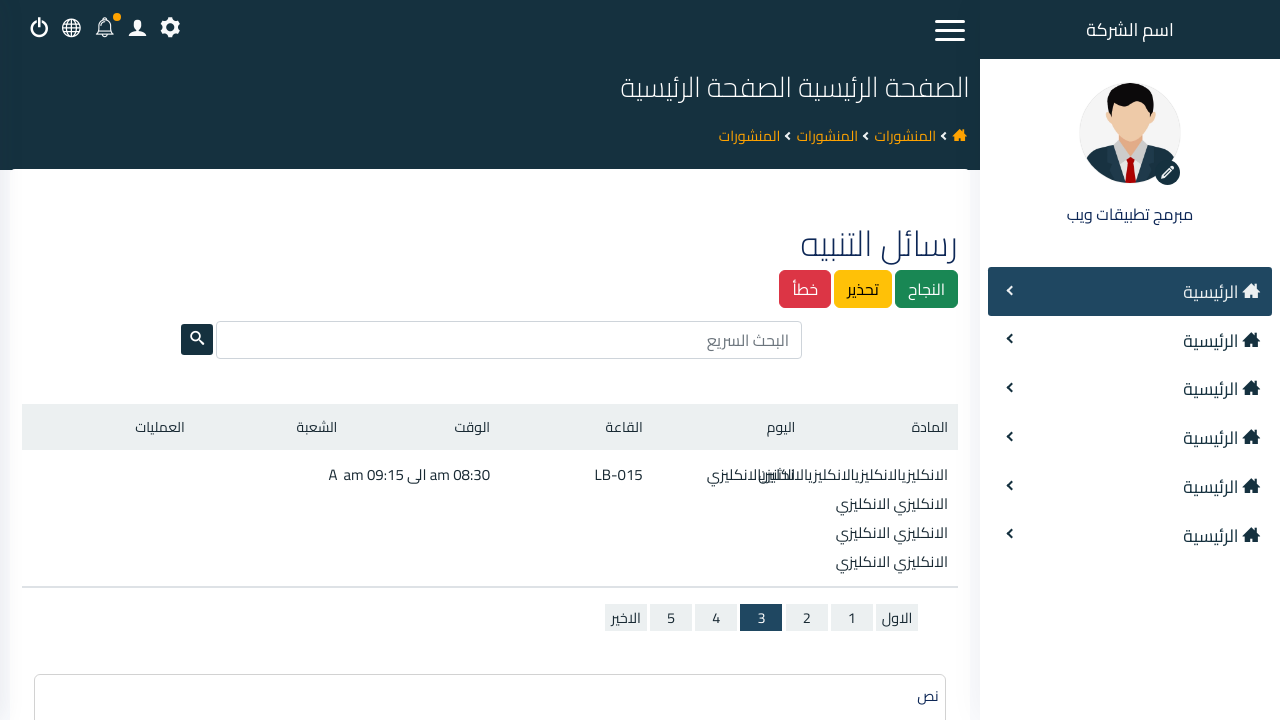
Repository: MohammedKhairi/dashboard-frontend
Page: index.html
An editor plug-in stored every save of this project. The page is shown before and after the next save, followed by the edit.
The browser window is 1280 px wide. The pictures show the whole page.
An inner scrolling area shows only its first screen.

Above is the page before, as saved 2023-09-01 10:55:45.

After the next save:
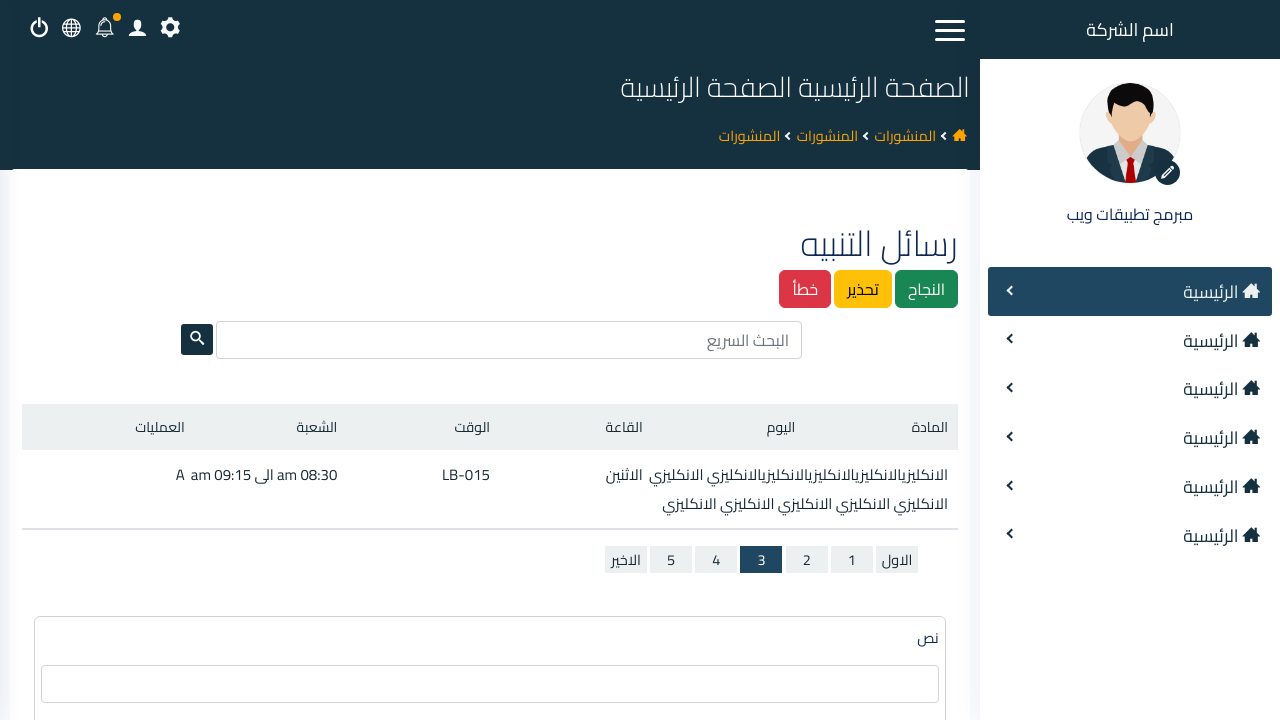
Saved 7 s later.
--- a/index.html
+++ b/index.html
@@ -263,7 +263,7 @@
                                 <div class="col col-2">العمليات</div>
                             </li>
                             <li class="table-row border-2 border-bottom">
-                                <div class="col col-2" data-label="المادة">الانكليزيالانكليزيالانكليزيالانكليزيالانكليزي الانكليزي  الانكليزي الانكليزي الانكليزي الانكليزي الانكليزي</div>
+                                <div class="col col-4" data-label="المادة">الانكليزيالانكليزيالانكليزيالانكليزيالانكليزي الانكليزي  الانكليزي الانكليزي الانكليزي الانكليزي الانكليزي</div>
                                 <div class="col col-2" data-label="اليوم">الاثنين</div>
                                 <div class="col col-2" data-label="القاعة">LB-015</div>
                                 <div class="col col-2" data-label="الوقت">08:30 am الى 09:15 am</div>
